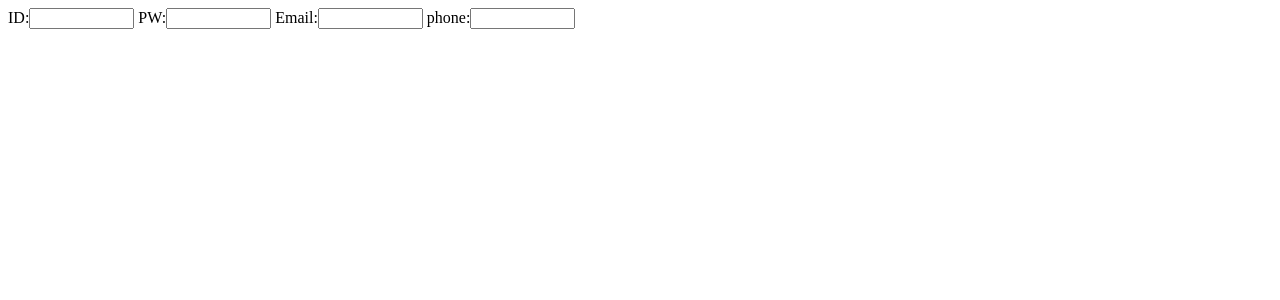
Repository: GoodPineApple/MulcamSpringWorkspace
Page: http://localhost/SpringDay14MVC/join_form.jsp
These files come from the project's save history. The page is drawn as it stood at one moment and after the next save; the edit follows.
The browser window is 1280 px wide. The pictures show the whole page.
The page is served by Tomcat 9. Nobody is signed in. The application's start-up code is not run. Other server files are loaded and not shown.

Above is the page before, as saved 2016-12-22 01:32:05.

### SpringDay14MVC/WebContent/join_form.jsp
<%@ page language="java" contentType="text/html; charset=EUC-KR"
    pageEncoding="EUC-KR"%>
<!DOCTYPE html PUBLIC "-//W3C//DTD HTML 4.01 Transitional//EN" "http://www.w3.org/TR/html4/loose.dtd">
<html>
<head>
<meta http-equiv="Content-Type" content="text/html; charset=EUC-KR">
<title>Insert title here</title>
</head>
<body>
<form>
	ID:<input type="text" name="id" size="10">
	PW:<input type="password" name="password" size="10">
	Email:<input type="email" name="email" size="10">
	phone:<input type="text" name="phone" size="10">
</form>
</body>
</html>

After the next save:
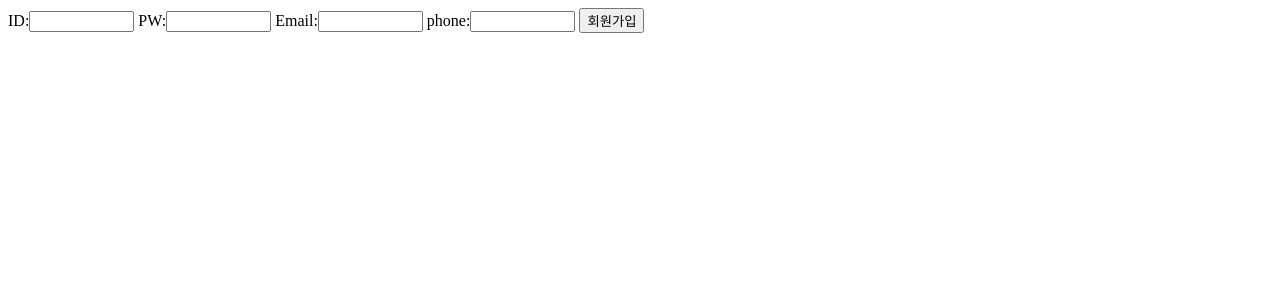
Saved 56 s later.
--- a/SpringDay14MVC/WebContent/join_form.jsp
+++ b/SpringDay14MVC/WebContent/join_form.jsp
@@ -12,6 +12,7 @@
 	PW:<input type="password" name="password" size="10">
 	Email:<input type="email" name="email" size="10">
 	phone:<input type="text" name="phone" size="10">
+	<input type="submit" value="회원가입">
 </form>
 </body>
 </html>
